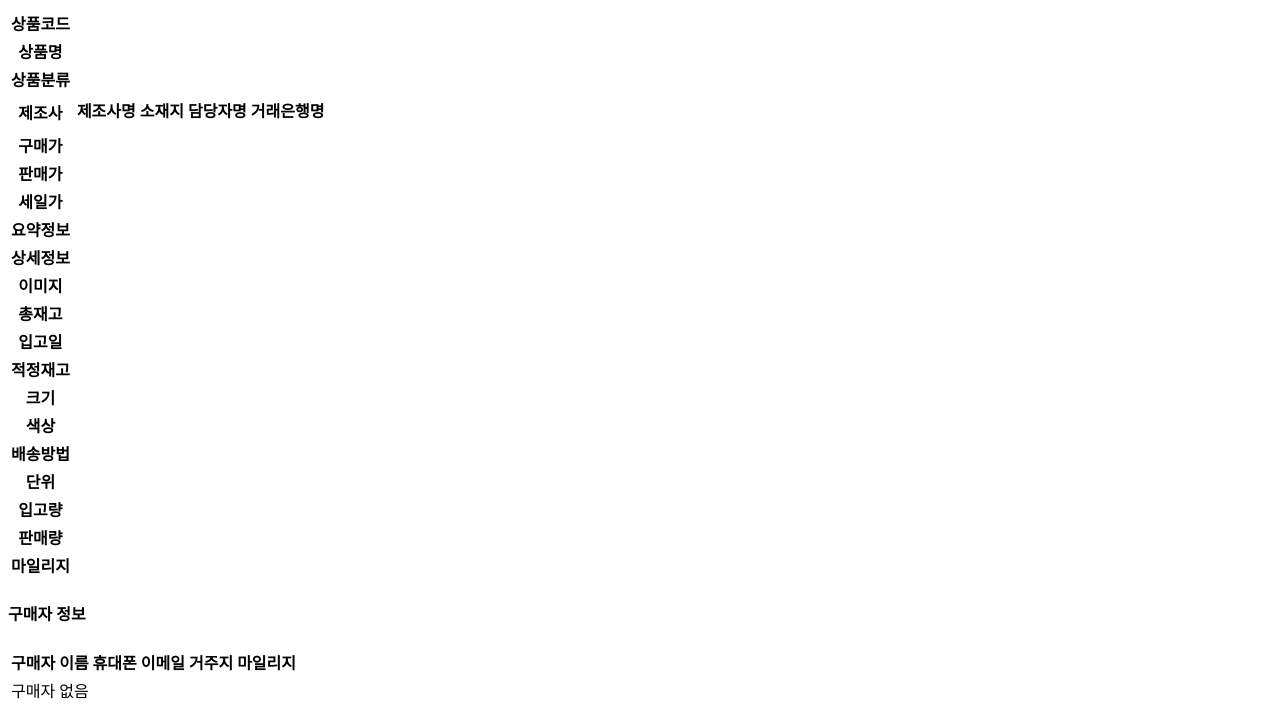
Repository: hoseolkim/restart
Page: http://localhost/WebStudy03_Mybatis/WEB-INF/views/prod/prodView.jsp
An editor plug-in stored every save of this project. The page is shown before and after the next save, followed by the edit.
The browser window is 1280 px wide. The pictures show the whole page.
The page is served by Tomcat 9. Nobody is signed in. The template is opened directly, without the code that normally fills it, so the values that code supplies are empty.

Above is the page before, as saved 2023-10-04 00:36:24.

After the next save:
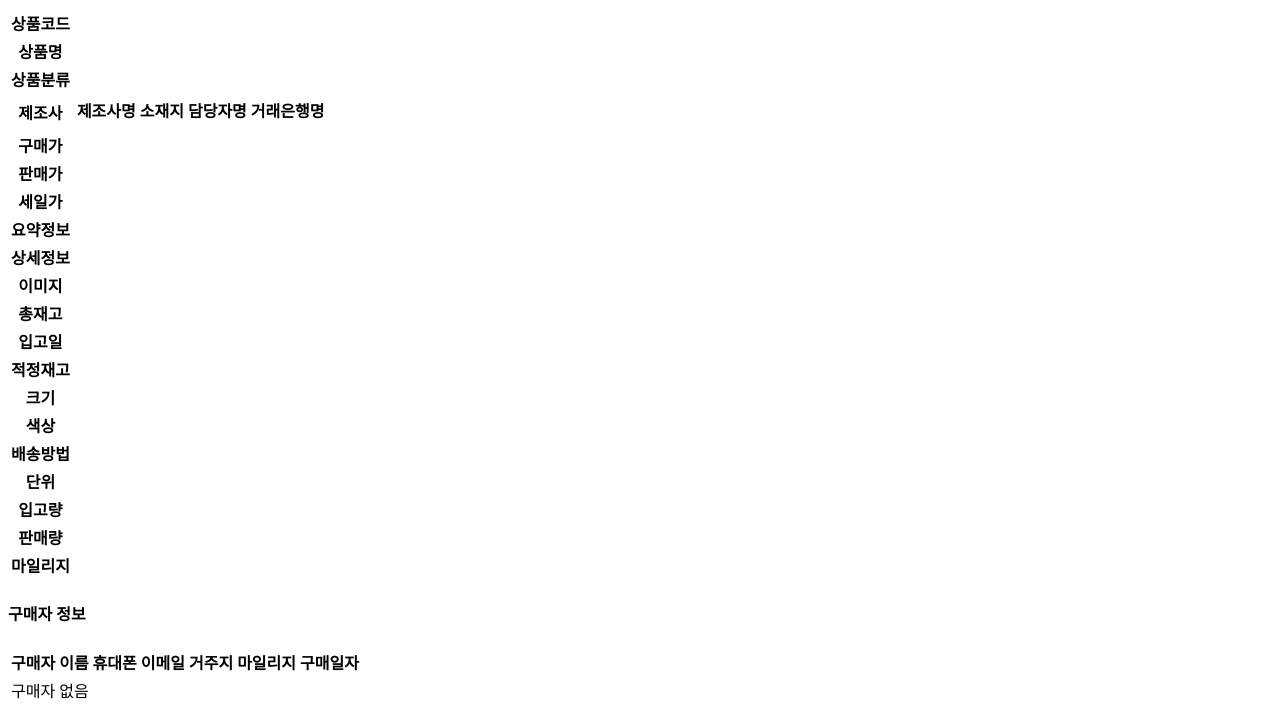
Saved 4 min 32 s later.
--- a/WebStudy03_Mybatis/src/main/webapp/WEB-INF/views/prod/prodView.jsp
+++ b/WebStudy03_Mybatis/src/main/webapp/WEB-INF/views/prod/prodView.jsp
@@ -112,6 +112,7 @@
 			<th>이메일</th>
 			<th>거주지</th>
 			<th>마일리지</th>
+			<th>구매일자</th>
 		</tr>
 	</thead>
 	<tbody>
